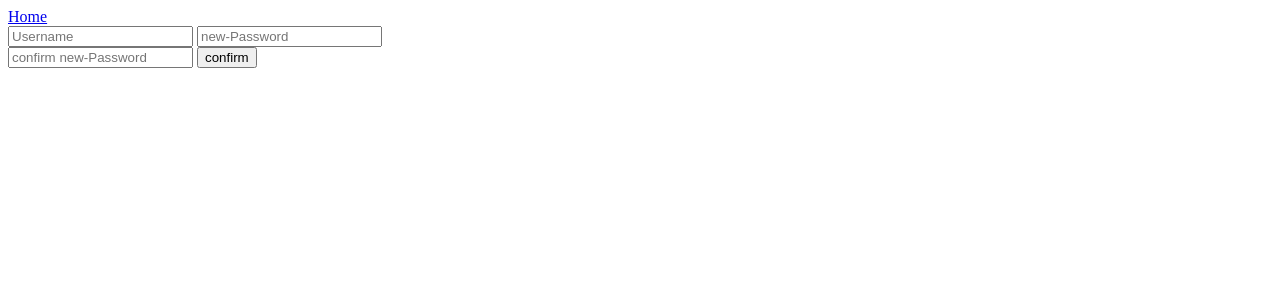
Repository: YagahAi/MARCATIR
Page: forgottenpass.html
An editor plug-in stored every save of this project. The page is shown before and after the next save, followed by the edit.
The browser window is 1280 px wide. The pictures show the whole page.

Above is the page before, as saved 2023-09-27 11:37:51.

### forgottenpass.html
<!DOCTYPE html>
<html lang="en">
<head>
    <meta charset="UTF-8">
    <meta name="viewport" content="width=device-width, initial-scale=1.0">
    <title>Document</title>
</head>
<body>
<a href="/index.html" class="container .hm">Home</a>
    <form class="row g-3">
        <form>
        <input type="text" id= "username"placeholder="Username"/>
        <input type=" new-Password" id="new-Password" placeholder="new-Password" />
        <div class="col-auto"></div>
        <input type="confirm new-password" class="form-control" id="confirm new-Password" placeholder="confirm new-Password" />
    </div>
        <button type="submit" class="btn btn-primary mb-3">confirm</button>
        </form>

        <!--<form class="row g-3">
            <div class="col-auto">
              <label for="staticEmail2" class="visually-hidden">Email</label>
              <input type="text" readonly class="form-control-plaintext" id="staticEmail2" value="email@example.com">
            </div>
            <div class="col-auto">
              <label for="inputPassword2" class="visually-hidden">Password</label>
              <input type="password" class="form-control" id="inputPassword2" placeholder="Password">
            </div>
            <div class="col-auto">
              <button type="submit" class="btn btn-primary mb-3">Confirm identity</button>
            </div>
          </form>-->

        </body>
</html>

After the next save:
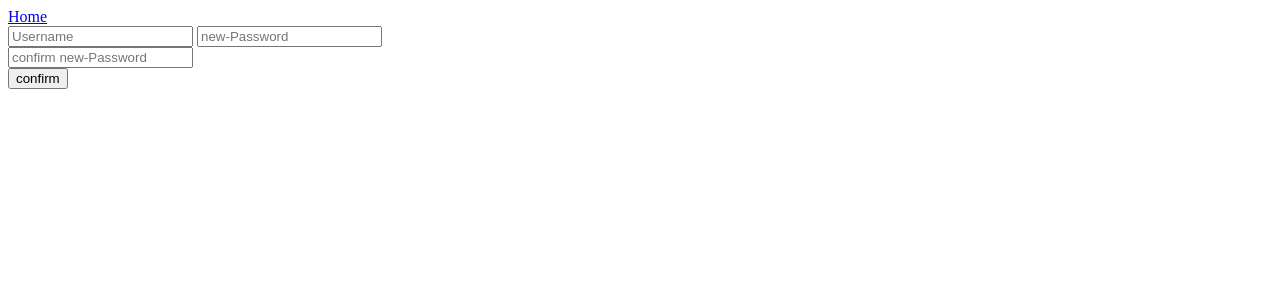
Saved 5 s later.
--- a/forgottenpass.html
+++ b/forgottenpass.html
@@ -11,7 +11,7 @@
         <form>
         <input type="text" id= "username"placeholder="Username"/>
         <input type=" new-Password" id="new-Password" placeholder="new-Password" />
-        <div class="col-auto"></div>
+        <div class="col-auto">
         <input type="confirm new-password" class="form-control" id="confirm new-Password" placeholder="confirm new-Password" />
     </div>
         <button type="submit" class="btn btn-primary mb-3">confirm</button>
